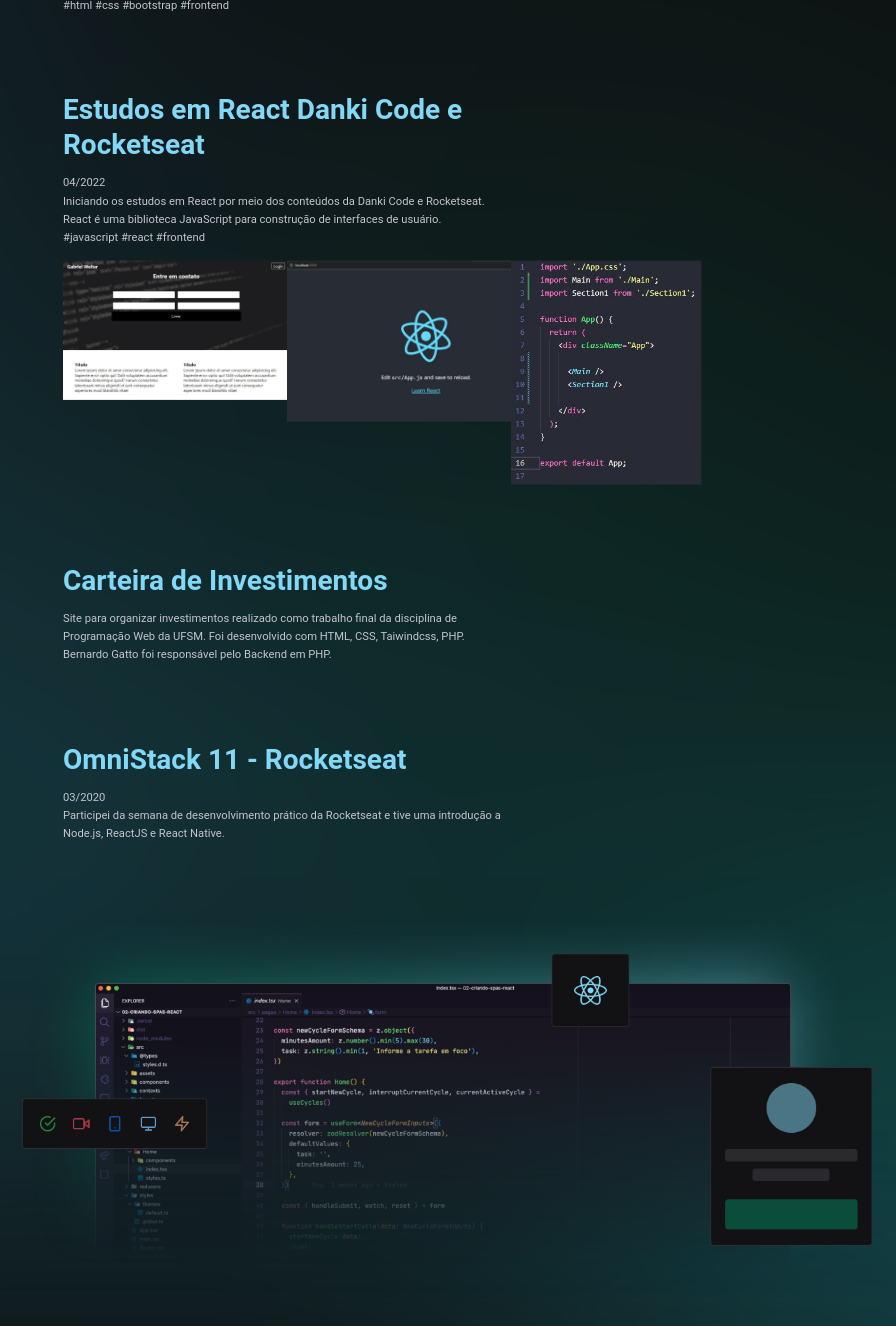
Repository: weltergab/test-next
Page: /
An editor plug-in stored every save of this project. The page is shown before and after the next save, followed by the edit.
The browser window is 1280 px wide. The pictures show the part of the page from y = 1016 to 2936 px (the page is 2910 px tall before and 2936 px after), at 70% of full size.
The project was rebuilt for these pictures with package versions that can differ from the ones it lists, and the page was loaded fresh each time. The framework's server and built-in components were replaced by stand-ins that run in the browser. Also part of the build but not shown: next.config.js.

Above is the page before, as saved 2023-04-06 20:09:50.

After the next save:
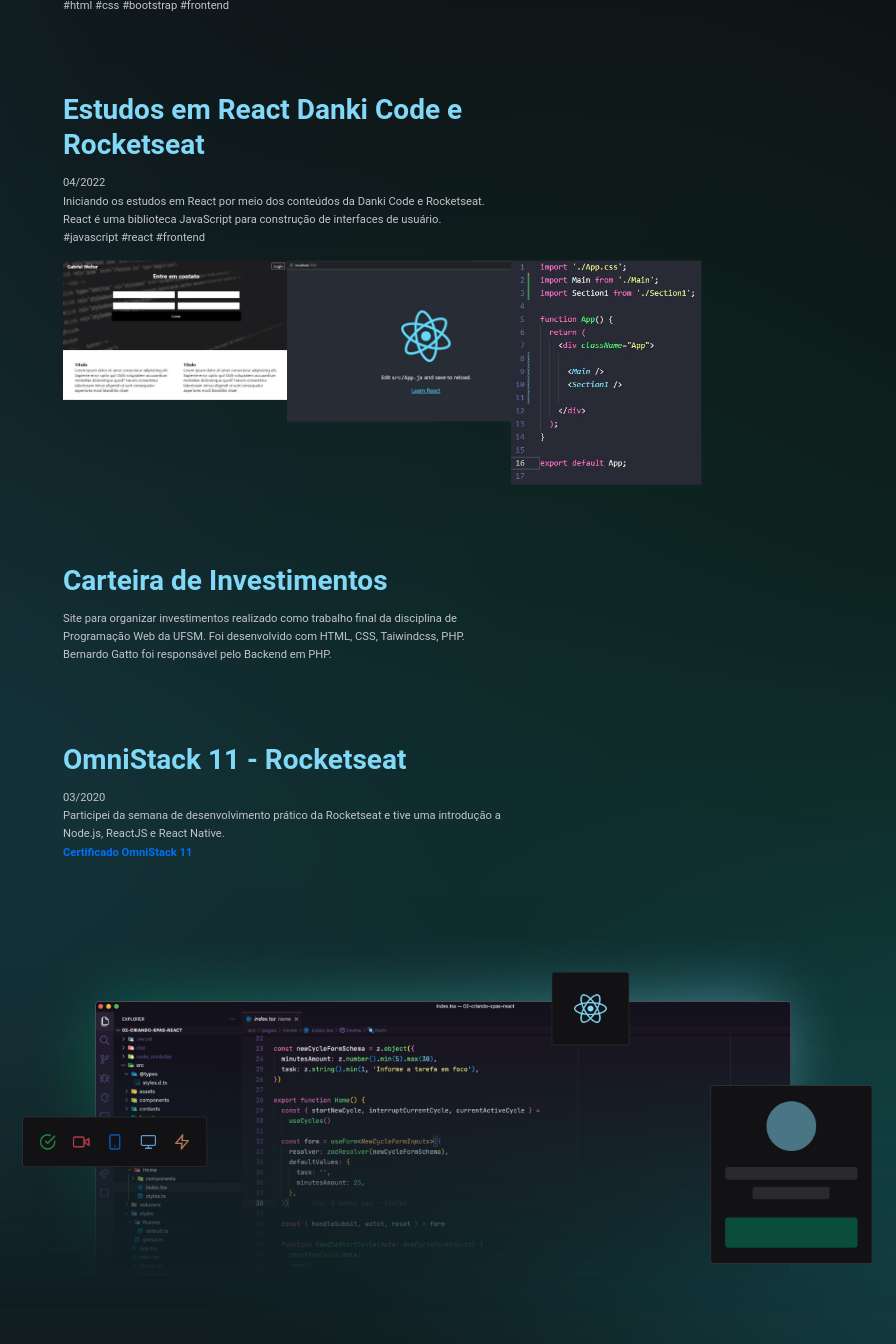
Saved 2 min 26 s later.
--- a/src/pages/index.tsx
+++ b/src/pages/index.tsx
@@ -147,7 +147,7 @@
               <p className="mt-4 text-gray-200 leading-relaxed">
                 03/2020 <br />
                 Participei da semana de desenvolvimento prático da Rocketseat e tive uma introdução a Node.js, ReactJS e React Native. <br />
-                {/* <a href={omnistack} target="_blank">Certificado OmniStack 11</a> */}
+                <a href='/assets/certificado_omnistack.pdf' target="_blank">Certificado OmniStack 11</a>
               </p>
             </div>
           </div>
